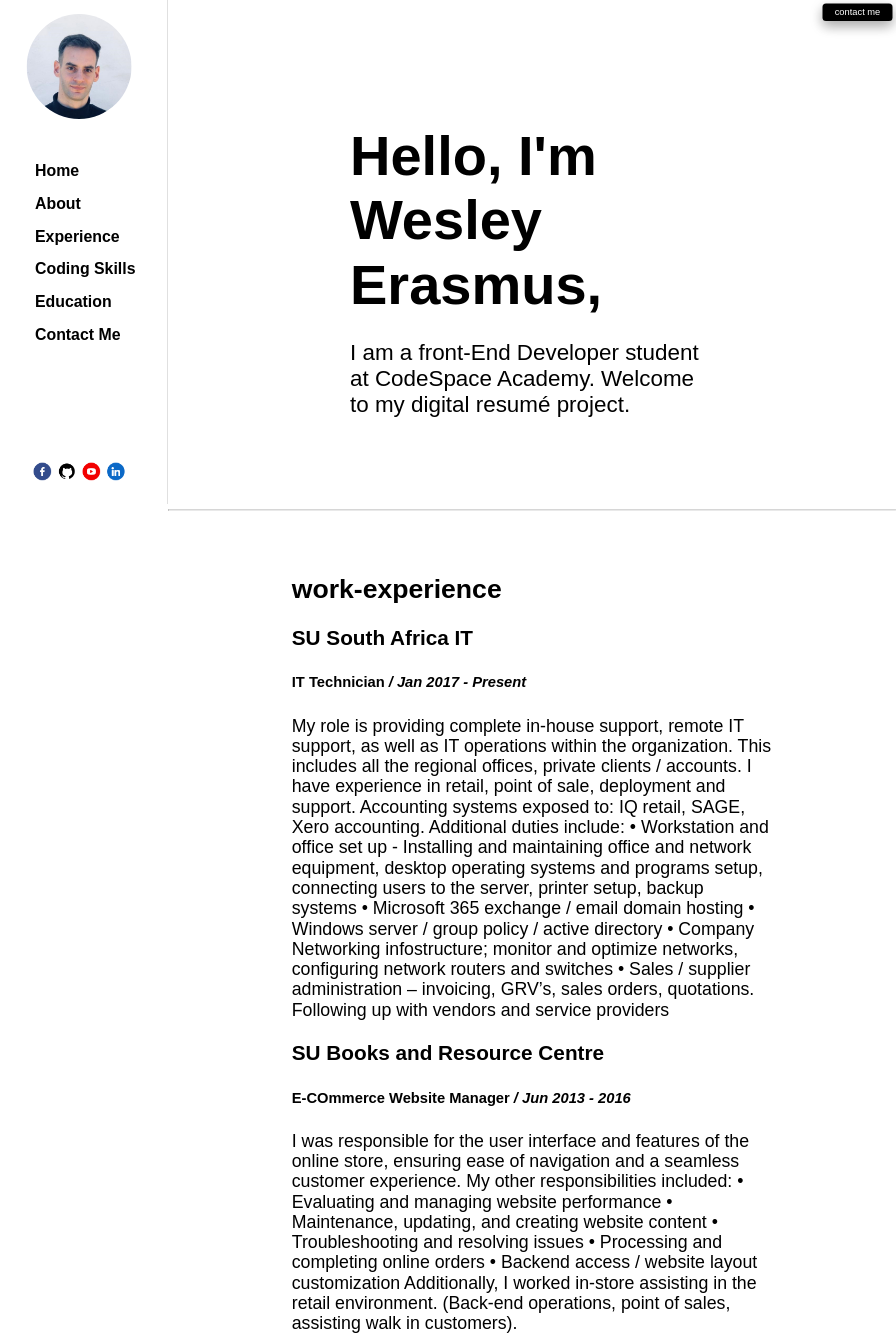
Repository: WesleyErasmus/MyDigitalResume-5
Page: index.html
The author's editor kept a copy of each file at every save. The page is drawn from the files as they stood at one save, then again after the next save.
The browser window is 1280 px wide. The pictures show the part of the page from y = 0 to 1920 px (the page is 2777 px tall), at 70% of full size.

Above is the page before, as saved 2022-02-25 21:55:40.

### index.html
<!DOCTYPE html>
<html lang="en">

<head>
    <meta charset="UTF-8">
    <meta http-equiv="X-UA-Compatible" content="IE=edge">
    <meta name="viewport" content="width=device-width, initial-scale=1.0">
    <title>Wesley Erasmus Digital Resume 5</title>
    <link rel="stylesheet" href="stylesheet.css">
</head>

<body>
    <!-- look into using use hr tag -->
    <header>
        <span>
            <button id="contact-me-btn">contact me</button>
        </span>
    </header>
    <nav>
        <div class="header-nav" >
        <img id="headshot" src="images/headshot.jpeg" alt="headshot">
        <!-- <h1 id="full-name">Wesley Erasmus</h1> -->
        <ul class="nav-btns">
            <li><a href=""><strong>Home</strong></a></li>
            <li><a href=""><strong>About</strong></a></li>
            <li><a href=""><strong>Experience</strong></a></li>
            <li><a href=""><strong>Coding Skills</strong></a></li>
            <li><a href=""><strong>Education</strong></a></li>
            <li><a href=""><strong>Contact Me</strong></a></li>
        </ul>
        <!-- <div>move social media links down</div> -->
        <ul class="social-media-links">
            <li><a href="https://www.facebook.com/codespaceza" target="_blank"><img src="/icons/facebook.png"
                        alt="Facebook" width="25px" height="25px"></a></li>
            <li><a href="https://www.instagram.com/codespaceza/" target="_blank"><img src="icons/github (1).png"
                        alt="Instagram" width="25px" height="25px"></a></li>
            <li><a href="https://www.youtube.com/channel/UCfmXJliguiwBv2QlRzWdrxA" target="_blank"><img
                        src="icons/youtube.png" alt="YouTube" width="25px" height="25px"></a></li>
            <li><a href="https://www.linkedin.com/school/codespaceza/" target="_blank"><img src="icons/linkedin.png"
                        alt="LinkedIn" width="25px" height="25px"></a></li>
        </ul>
    </div>
    </nav>
    <main>
        <article class="about-me">
            <h1 id="hello">Hello, I'm Wesley Erasmus,</h1>
                    <p>I am a front-End Developer student at CodeSpace Academy. Welcome to my digital resumé project.</p>
        </article>
        <hr>
        <article class="job-experience">
            <h1>work-experience</h1>
            <h3>SU South Africa IT</h3>
            <h5>IT Technician <em>/ Jan 2017 - Present</em></h5>
            <p>My role is providing complete in-house support, remote IT support, as well as IT operations within the
                organization. This includes all the regional offices, private clients / accounts. I have experience in
                retail, point of sale, deployment and support. Accounting systems exposed to: IQ retail, SAGE, Xero
                accounting. Additional duties include:
                • Workstation and office set up - Installing and maintaining office and network equipment, desktop
                operating systems and programs setup, connecting users to the server, printer setup, backup systems
                • Microsoft 365 exchange / email domain hosting
                • Windows server / group policy / active directory
                • Company Networking infostructure; monitor and optimize networks, configuring network routers and
                switches
                • Sales / supplier administration – invoicing, GRV’s, sales orders, quotations. Following up with
                vendors and service providers</p>
            <h3>SU Books and Resource Centre</h3>
            <h5>E-COmmerce Website Manager <em>/ Jun 2013 - 2016</em></h5>
            <p>I was responsible for the user interface and features of the online store, ensuring ease of navigation and a seamless customer experience. My other responsibilities included:
                • Evaluating and managing website performance
                • Maintenance, updating, and creating website content
                • Troubleshooting and resolving issues
                • Processing and completing online orders
                • Backend access / website layout customization
                Additionally, I worked in-store assisting in the retail environment. (Back-end operations, point of sales, assisting walk in customers).</p>
        </article>
        <article class="coding-and-design-skills">
            <h1>my-coding-and-design-skills</h1>
            <ul>
                <li>HTML</li>
                <li>CSS</li>
                <li>Bootstrap</li>
                <li>Typography</li>
                <li>GitHub / Git / Version Control</li>
                <li>Wireframing</li>
                <li>UX design & UI design</li>
                <li>Figma / Adobe XD</li>
            </ul>
        </article>
        <hr>
        <article class="education">
            <h1>education</h1>
            <ul>
                <li><h3>CodeSpace Academy</h3><p>web-design</p></li>
                <li><h3>UNISA</h3><p>marketing-management</p></li>
            </ul>
        </article>
        <article>
            about me - use linkedin profile
        </article>
    </main>
    <footer>
        <h3>my-contact-details</h3>
        <div class="footer-contact-details">email</div>
        <div class="footer-contact-details">whatsApp</div>
        <div class="footer-contact-details">linkedIn</div>

    </footer>

</body>

</html>

### stylesheet.css
* {
  box-sizing: border-box;
  list-style-type: none;
  font-family: Arial, Helvetica, sans-serif;
}
body {
  margin: 0 0 0 240px;
  padding: 0;
}
header {
  text-align: center;
}
#headshot {
  width: 150px;
  border-radius: 50%;
  display: block;
  margin: 0 auto;
  margin-top: 20px;
  margin-bottom: 50px;
  padding: 0;
  margin-left: 38px;
}
button#contact-me-btn {
  position: fixed;
  float: right;
  right: 0;
  z-index: 1;
  background-color: #000;
  color: #fff;
  width: 100px;
  height: 25px;
  margin: 5px 5px 20px;
  border-radius: 5px;
  border: none;
  box-shadow: 0 8px 16px 0 rgba(0, 0, 0, 0.2), 0 6px 20px 0 rgba(0, 0, 0, 0.19);
}
nav {
  float: left;
  position: fixed;
  left: 0;
  overflow-y: auto;
  overflow-x: hidden;
  height: 100vh;
  min-height: 100vh;
  top: 0;
  width: 240px;
  z-index: 1;
  padding-left: 0;
  border-right: 0.1px solid lightgray;
}
ul.nav-btns{
font-size: 17pt;
}
ul.social-media-links {
    display: flex;
    position: absolute;
    bottom: 0;
    margin: 0 auto;
    left: 16%;
    padding: 5px;
    padding-bottom: 25px;
}
.social-media-links li {
    margin: 5px;
}
.nav-btns li {
    color: #000;
    padding: 10px;
}
a:link {
  text-decoration: none;
}
a:visited {
  text-decoration: none;
  color: #000;
}
a:hover {
  text-decoration: underline;
}
a:active {
  text-decoration: underline;
}
main {
  /* background-color: blueviolet; */
  position: relative;
  display: block;
  width: 100%;
}
#hello {
  font-size: 5rem;
  margin: 0;
}
article.about-me {
  /* background-color: aquamarine; */
  height: 100vh;
  font-size: 2rem;
  padding: 17% 25%;
}
article.job-experience {
  /* background-color:brown; */
  font-size: 19pt;
  padding: 50px 17% 50px 17%;
}
article.coding-and-design-skills {
  background-color: green;
  font-size: 19pt;
  padding: 50px 17% 50px 17%;
}
article.education {
  background-color: red;
  overflow-x: hidden;
}
.footer-contact-details {
  display: inline;
}

After the next save:
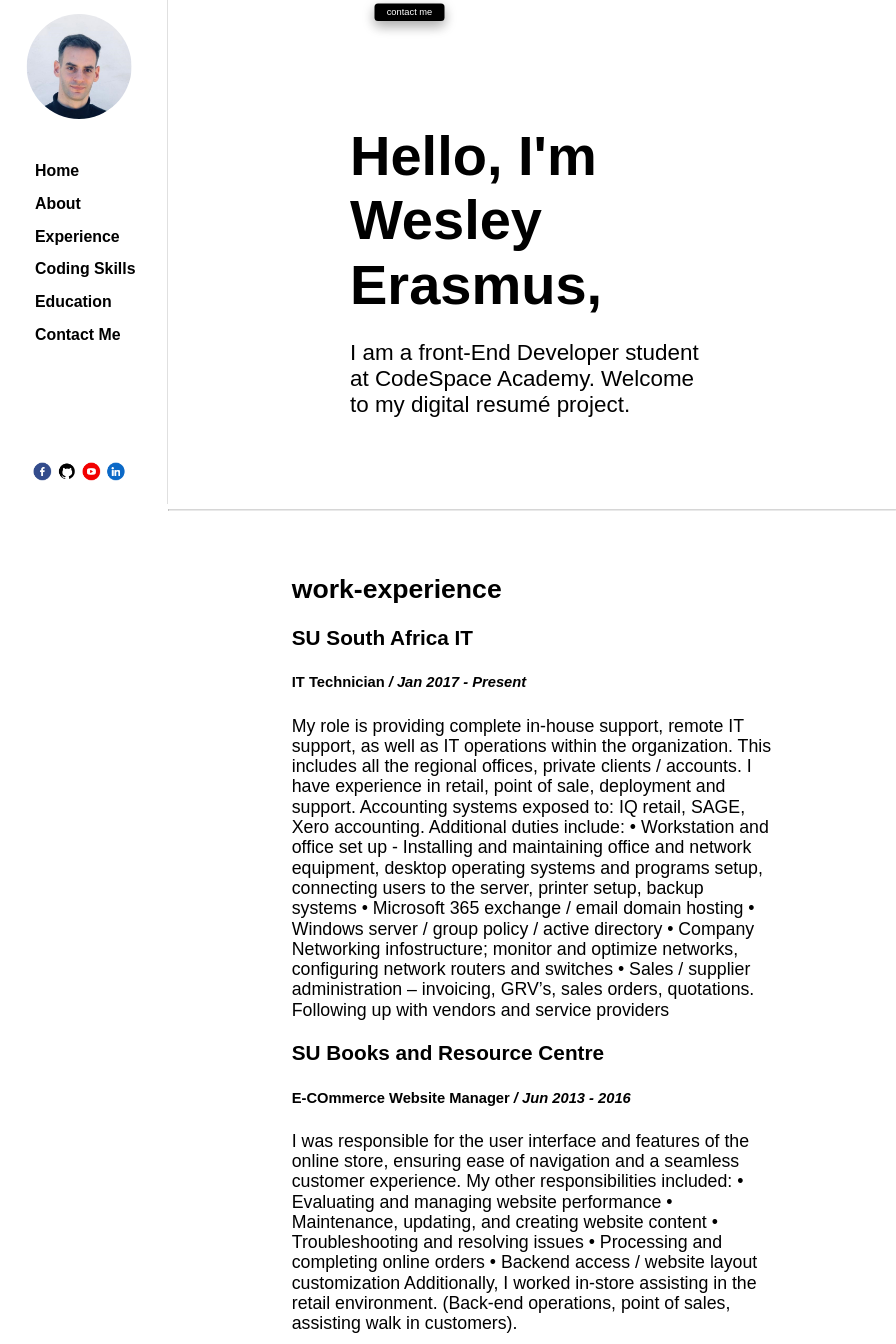
Saved 23 s later.
--- a/stylesheet.css
+++ b/stylesheet.css
@@ -23,7 +23,7 @@
 button#contact-me-btn {
   position: fixed;
   float: right;
-  right: 0;
+  right: 50%;
   z-index: 1;
   background-color: #000;
   color: #fff;

After the save that followed:
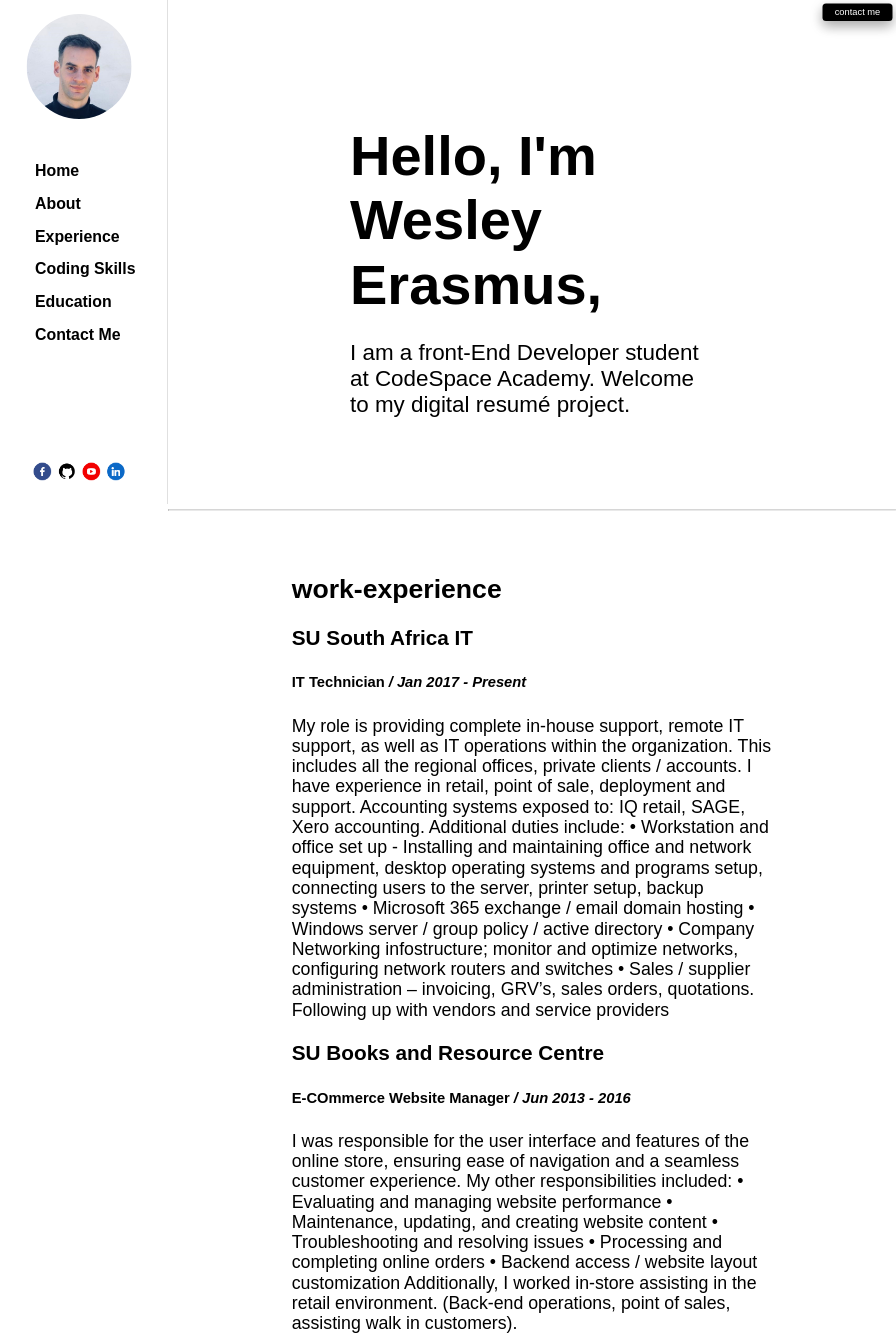
Saved 4 s later.
--- a/stylesheet.css
+++ b/stylesheet.css
@@ -23,7 +23,7 @@
 button#contact-me-btn {
   position: fixed;
   float: right;
-  right: 50%;
+  right: 0;
   z-index: 1;
   background-color: #000;
   color: #fff;
